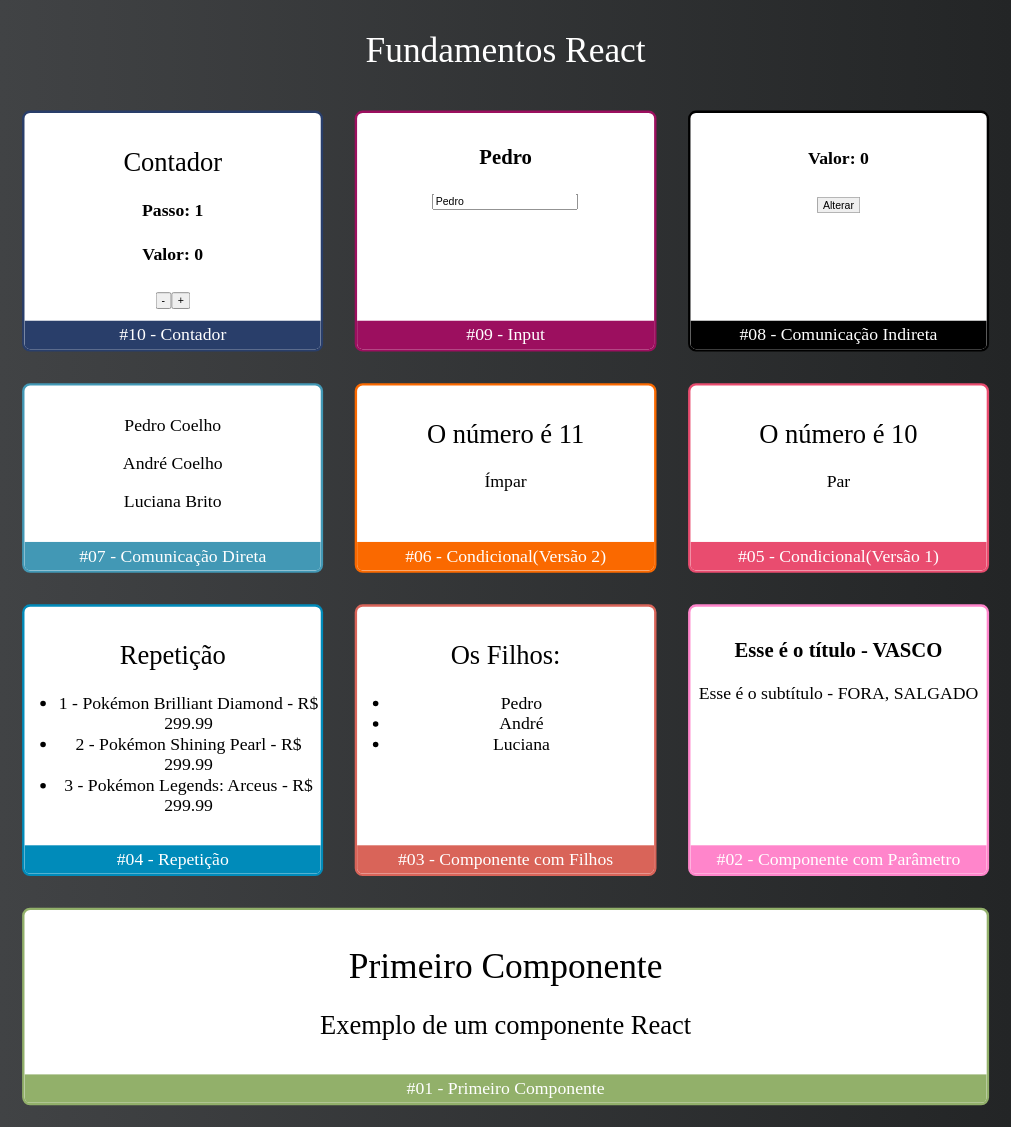
Repository: PedroHQCoelho/fundamentos-react
Page: /
These files come from the project's save history. The page is drawn as it stood at one moment and after the next save; the edit follows.
The browser window is 1280 px wide. The pictures show the whole page, at 79% of full size.
The project was rebuilt for these pictures with package versions that can differ from the ones it lists, and the page was loaded fresh each time.

Above is the page before, as saved 2021-12-16 13:12:25.

### src/index.css
body {
    font-family:'Times New Roman', Times, serif;
    font-weight: 300;
    font-size: 1.4rem;
    background-color: #444;
    color: #fff;
    text-align: center;
    background: #232526;  /* fallback for old browsers */
    background: -webkit-linear-gradient(to right, #414345, #232526);  /* Chrome 10-25, Safari 5.1-6 */
    background: linear-gradient(to right, #414345, #232526); /* W3C, IE 10+/ Edge, Firefox 16+, Chrome 26+, Opera 12+, Safari 7+ */

}

h1, h2 {
    font-weight: 300;
}

### src/App.jsx
import './App.css'
import React from 'react'

import Primeiro from './components/basicos/Primeiro'
import ComParametro from './components/basicos/ComParametro'
import ComFilhos from './components/basicos/ComFilhos'
import Card from './components/layout/Card'
import Repeticao from './components/basicos/Repeticao'
import Condicional from './components/basicos/Condicional'
import CondicionalComIf from './components/basicos/CondicionalComIf'
import Pai from './components/comunicacao/direta/Pai'
import Super from './components/comunicacao/indireta/Super'
import Input from './components/form/Input'
import Contador from './components/contador/Contador'

export default (props) =>(
    <div className="App">
        <h1>Fundamentos React</h1>
        <div className="Cards">
        <Card titulo="#10 - Contador" color="#293E6A">
            <Contador />
        </Card>
        <Card titulo="#09 - Input" color="#9C0F5F">
            <Input/>
        </Card>
        <Card titulo="#08 - Comunicação Indireta">
            <Super/>
        </Card>
        <Card titulo="#07 - Comunicação Direta" color="#4298B5">
            <Pai sobrenome="Coelho"/>
        </Card>
        <Card titulo="#06 - Condicional(Versão 2)" color="#FA6900">
            <CondicionalComIf numero={11} />
        </Card>
        <Card titulo="#05 - Condicional(Versão 1)" color="#E94C6F">
            <Condicional numero={10} />
        </Card>
        <Card titulo="#04 - Repetição" color="#008BBA">
            <Repeticao />
        </Card>
        <Card titulo="#03 - Componente com Filhos" color="#D96459">
            <ComFilhos>
            <ul>
                <li>Pedro</li>
                <li>André</li>
                <li>Luciana</li>
            </ul>
            </ComFilhos>
        </Card>
        <Card titulo="#02 - Componente com Parâmetro" color="#FF85CB">
            <ComParametro titulo="Esse é o título - VASCO"
            subtitulo="Esse é o subtítulo - FORA, SALGADO" />
        </Card>
        <Card titulo="#01 - Primeiro Componente" color="#92B06A">
            <Primeiro />
        </Card>
    </div>
    </div>
    )

### src/App.css
.App {
    display: flex;
    flex-direction: column;
}

.Cards {
    display: flex;
    flex-wrap: wrap;
}

### src/components/basicos/Primeiro.jsx
import React from 'react'

export default () =>
    (
        <div>
            <h1>Primeiro Componente</h1>
            <h2>Exemplo de um componente React</h2>
        </div>
    )

### src/components/basicos/ComParametro.jsx
import React from 'react'

export default props =>
    <>
        <h3>{props.titulo}</h3>
        <p>{props.subtitulo}</p>
    </>

### src/components/basicos/ComFilhos.jsx
import React from 'react'

export default props =>
    <div>
        <h2>Os Filhos:</h2>
        <div>
            {props.children}
        </div>
    </div>

### src/components/layout/Card.jsx
import React from 'react'
import './Card.css'

export default props =>
    <div className="Card" style={{borderColor: props.color || '#000'}}>
        <div className="Content">
            {props.children}
        </div>
        <div className="Footer" style={{backgroundColor: props.color || '#000'}}>
            {props.titulo}
        </div>
    </div>

### src/components/basicos/Repeticao.jsx
import React from 'react'

import produtos from '../../data/produtos'

export default props => {

    function getProdutosListItem(){
        return produtos.map(prod => {
            return <li key={prod.id}>
                {prod.id} - {prod.nome} - R$ {prod.preco}
                </li>
        })
    }

    return (
        <div>
            <h2>Repetição</h2>
            <ul>
                {getProdutosListItem()}
            </ul>
        </div>
    )
}

### src/components/basicos/Condicional.jsx
import React from 'react'

export default props => {

    return (
        <div>
            <h2>O número é {props.numero}</h2>
            { props.numero % 2 === 0 ?
                <span>Par</span>
                : <span>Ímpar</span>
            }
        </div>
    )
}

### src/components/basicos/CondicionalComIf.jsx
import React from 'react'
import If from './If'

export default props => {

    return (
        <div>
            <h2>O número é {props.numero}</h2>
            <If test={props.numero % 2 === 0}>
            <span>Par</span>
            </If>
            <If test={props.numero % 2 === 1}>
            <span>Ímpar</span>
            </If>
        </div>
    )
}

### src/components/comunicacao/direta/Pai.jsx
import React from 'react'
import Filho from './Filho'

export default props =>
    <div>
        <Filho {...props}>Pedro</Filho>
        <Filho sobrenome={props.sobrenome}>André</Filho>
        <Filho sobrenome="Brito">Luciana</Filho>
    </div>

### src/components/comunicacao/indireta/Super.jsx
import React, { useState } from 'react'
import Sub from './Sub'

export default (props) =>{

    const [texto, setTexto] = useState('Valor')
    const [num, setNum] = useState(0)

    function quandoClicar(valorGerado, texto){
        setNum(valorGerado)
        setTexto(texto)
    }

    return(
    <div>
        <h4>{texto}: {num}</h4>
        <Sub onClicar={quandoClicar}></Sub>
    </div>
    );
    };

### src/components/form/Input.jsx
import React, { useState } from 'react'

export default (props) =>{
    const [nome, setNome] = useState('Pedro')
    return (
    <>
        <h3>{nome}</h3>
        <input type="text" value={nome}
        onChange={e => setNome(e.target.value)} />
    </>
    );
};

### src/components/contador/Contador.jsx
import React, { Component } from "react";

export default class Contador extends Component {

    state = {
            passo: this.props.passo || 1,
            valor: this.props.valor || 0
        }

        inc = () => {
            this.setState({
                valor: this.state.valor + this.state.passo
            })
        }

        dec = () => {
            this.setState({
                valor: this.state.valor - this.state.passo
            })
        }

    render(){
        return(
            <div>
                <h2>Contador</h2>
                <h4>Passo: {this.state.passo}</h4>
                <h4>Valor: {this.state.valor}</h4>

                <div>
                    <button onClick={this.dec}>-</button>
                    <button onClick={this.inc}>+</button>
                </div>
            </div>
        )
    }
}

### src/components/layout/Card.css
.Card {
    flex: 1;
    margin: 20px;
    border: 3px solid #000;
    border-radius: 10px;
    overflow: hidden;
    background-color: #fff;
    display: flex;
    flex-direction: column;
    min-width: 300px;
}

.Card .Content {
    flex: 1;
    color: #000;
    padding: 15px 0px;
}

.Card .Footer {
    background-color: #000;
    color: #fff;
    padding: 5px 0px;
}

### src/data/produtos.js
export default [
    {id: 1, nome: 'Pokémon Brilliant Diamond', preco: 299.99},
    {id: 2, nome: 'Pokémon Shining Pearl', preco: 299.99},
    {id: 3, nome: 'Pokémon Legends: Arceus', preco: 299.99},
]

### src/components/basicos/If.jsx

export default function (props) {
    if (props.test) {
        return props.children
    } else {
        return false
    }
}

### src/components/comunicacao/direta/Filho.jsx
import React from 'react'

export default props =>
    <div>
        <p>{props.children} {props.sobrenome}</p>
    </div>

### src/components/comunicacao/indireta/Sub.jsx
import React from 'react'

export default props => {
    function acao(){
        props.onClicar(Math.random(), 'Valor Gerado')
    }

    return (
    <div>
        <button onClick={acao}>Alterar</button>
    </div>
    );
};

Loaded but not shown: public/index.html (common file); src/index.js (common file)

After the next save:
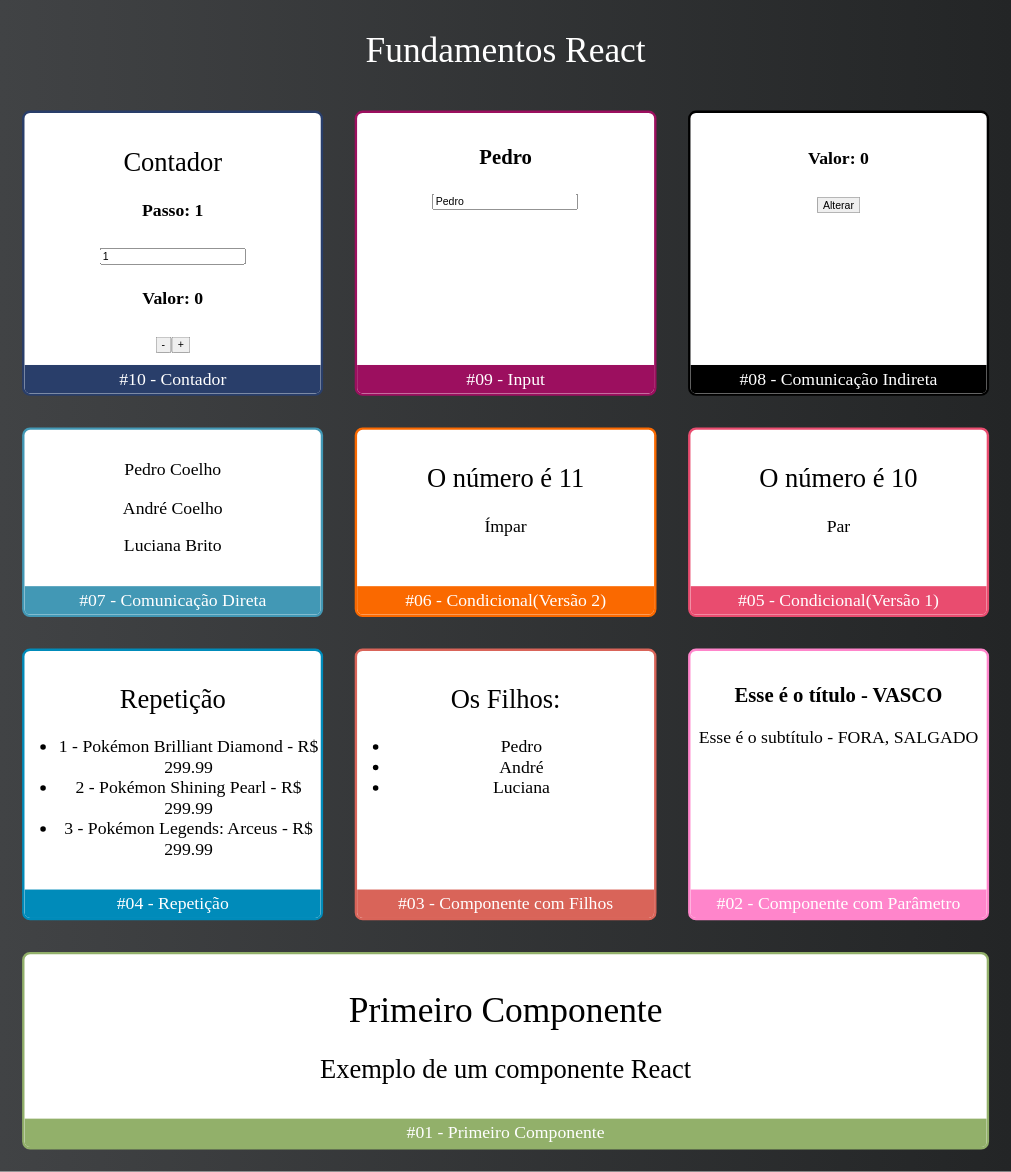
Saved 2 min 54 s later.
--- a/src/components/contador/Contador.jsx
+++ b/src/components/contador/Contador.jsx
@@ -24,6 +24,8 @@ export default class Contador extends Component {
             <div>
                 <h2>Contador</h2>
                 <h4>Passo: {this.state.passo}</h4>
+                <input type="number" value={this.state.passo}
+                onChange={e => this.setState({passo: +e.target.value})}/>
                 <h4>Valor: {this.state.valor}</h4>
 
                 <div>
